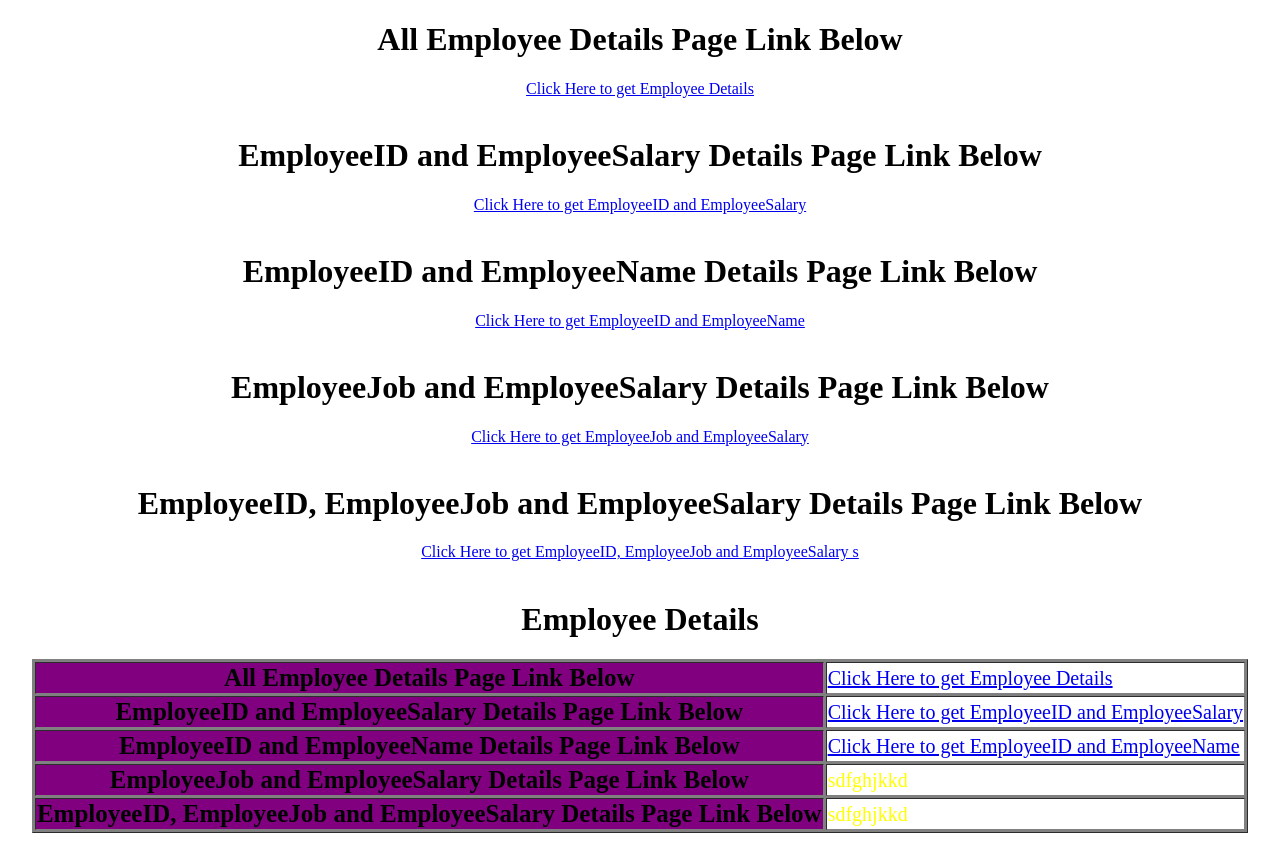
Repository: RhutujaBD/SpringMVCSession
Page: http://localhost/Spring-MVC-JDBCTemplate/WEB-INF/pages/home.jsp
An editor plug-in stored every save of this project. The page is shown before and after the next save, followed by the edit.
The browser window is 1280 px wide. The pictures show the whole page.
The page is served by Tomcat 9. Nobody is signed in. Other server files are loaded and not shown. The template is opened directly, without the code that normally fills it, so the values that code supplies are empty.

Above is the page before, as saved 2023-03-29 11:03:17.

### Spring-MVC-JDBCTemplate/src/main/webapp/WEB-INF/pages/home.jsp
<%@ page language="java" contentType="text/html; charset=ISO-8859-1"
	pageEncoding="ISO-8859-1"%>
<!DOCTYPE html>
<html>
<head>
<meta charset="ISO-8859-1">
<title>Insert title here</title>
</head>
<title>Employee Details</title>
<style>
      td{
        font-size: 20px;
        color: YELLOW;
        font-family: Times New Roman;
      }

      th{
        font-size: 25px;
        color: Black;
        font-family: ALGERIAN;
      }

    </style>
</head>
<body>
	<h1 align="center">All Employee Details Page Link Below</h1>
	<div align="center"><a href="list_employees.htm">Click Here to get Employee Details</a></div>
	<br />
	<h1 align="center">EmployeeID and EmployeeSalary Details Page Link Below</h1>
	<div align="center"><a href="list_id_sal.htm">Click Here to get EmployeeID and EmployeeSalary</a></div>
	<br />
	<h1 align="center">EmployeeID and  EmployeeName Details Page Link Below</h1>
	<div align="center"><a href="list_id_name.htm">Click Here to get EmployeeID and  EmployeeName</a></div>
	<br />
	<h1 align="center">EmployeeJob and EmployeeSalary Details Page Link Below</h1>
	<div align="center"><a href="list_job_sal.htm">Click Here to get EmployeeJob and EmployeeSalary</a></div>
	<br />
	<h1 align="center">EmployeeID, EmployeeJob and EmployeeSalary Details Page Link Below</h1>
	<div align="center"><a href="list_id_job_sal.htm">Click Here to get EmployeeID, EmployeeJob and EmployeeSalary s</a></div>
	<br />

	<h1 align="center">Employee Details</h1>
	<table border="1" bgcolor="grey" align="center">

		<tr bgcolor="purple" bordercolor="black">
			<th>All Employee Details Page Link Below</th>
			<td bgcolor="white"><a href="list_employees.htm">Click Here to get Employee Details</a></td>
		</tr>
		<tr bgcolor="purple" bordercolor="black">
			<th>EmployeeID and EmployeeSalary Details Page Link Below</th>
			<td bgcolor="white"><a href="list_id_sal.htm">Click Here to get EmployeeID and EmployeeSalary</a></td>
		</tr>
		<tr bgcolor="purple" bordercolor="black">
			<th>EmployeeID and  EmployeeName Details Page Link Below</th>
			<td bgcolor="white"><a href="list_id_name.htm">Click Here to get EmployeeID and  EmployeeName</a></td>
		</tr>
		<tr bgcolor="purple" bordercolor="black">
			<th>EmployeeJob and EmployeeSalary Details Page Link Below</th>
			<td bgcolor="white">sdfghjkkd</td>
		</tr>
		<tr bgcolor="purple" bordercolor="black">
			<th>EmployeeID, EmployeeJob and EmployeeSalary Details Page Link Below</th>
			<td bgcolor="white">sdfghjkkd</td>
		</tr>
	</table>

</body>
</html>

After the next save:
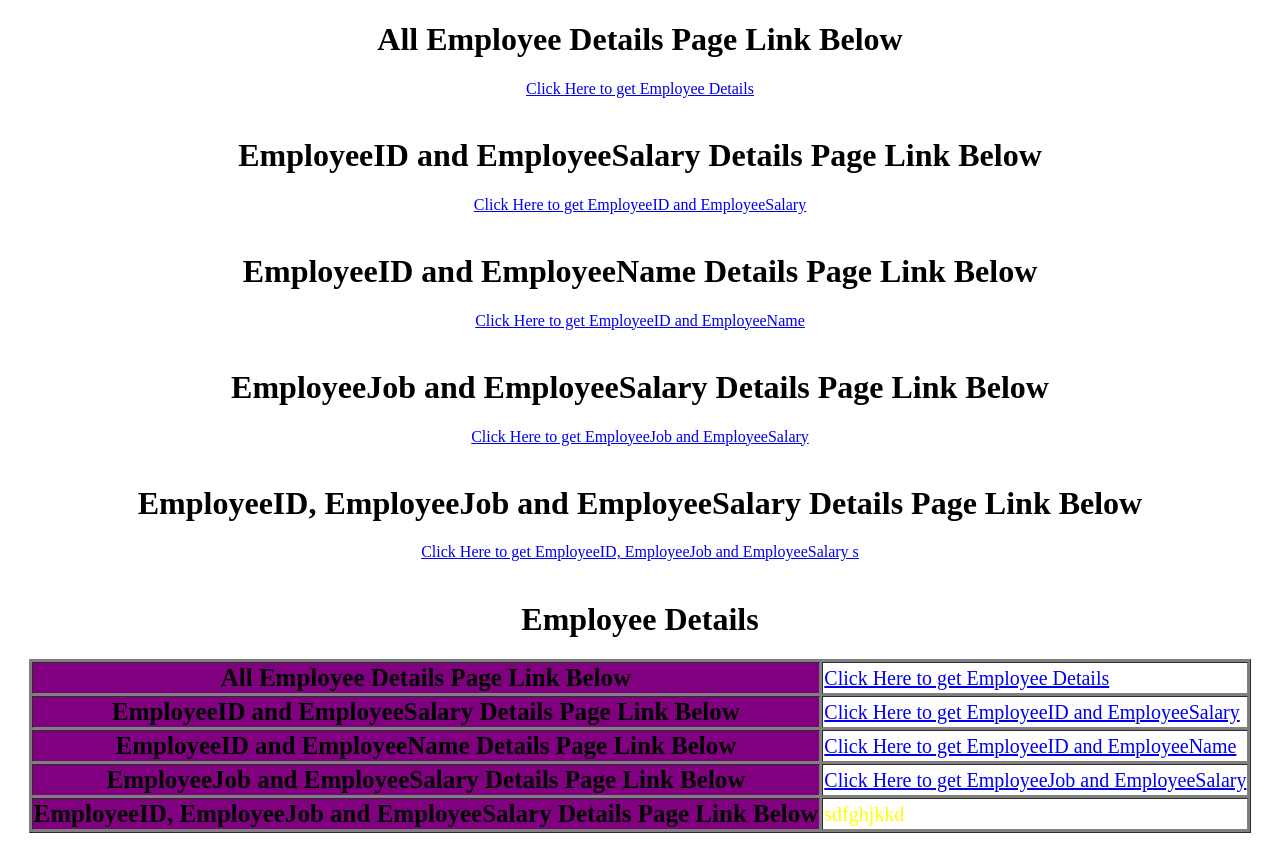
Saved 12 s later.
--- a/Spring-MVC-JDBCTemplate/src/main/webapp/WEB-INF/pages/home.jsp
+++ b/Spring-MVC-JDBCTemplate/src/main/webapp/WEB-INF/pages/home.jsp
@@ -56,7 +56,7 @@
 		</tr>
 		<tr bgcolor="purple" bordercolor="black">
 			<th>EmployeeJob and EmployeeSalary Details Page Link Below</th>
-			<td bgcolor="white">sdfghjkkd</td>
+			<td bgcolor="white"><a href="list_job_sal.htm">Click Here to get EmployeeJob and EmployeeSalary</a></td>
 		</tr>
 		<tr bgcolor="purple" bordercolor="black">
 			<th>EmployeeID, EmployeeJob and EmployeeSalary Details Page Link Below</th>
